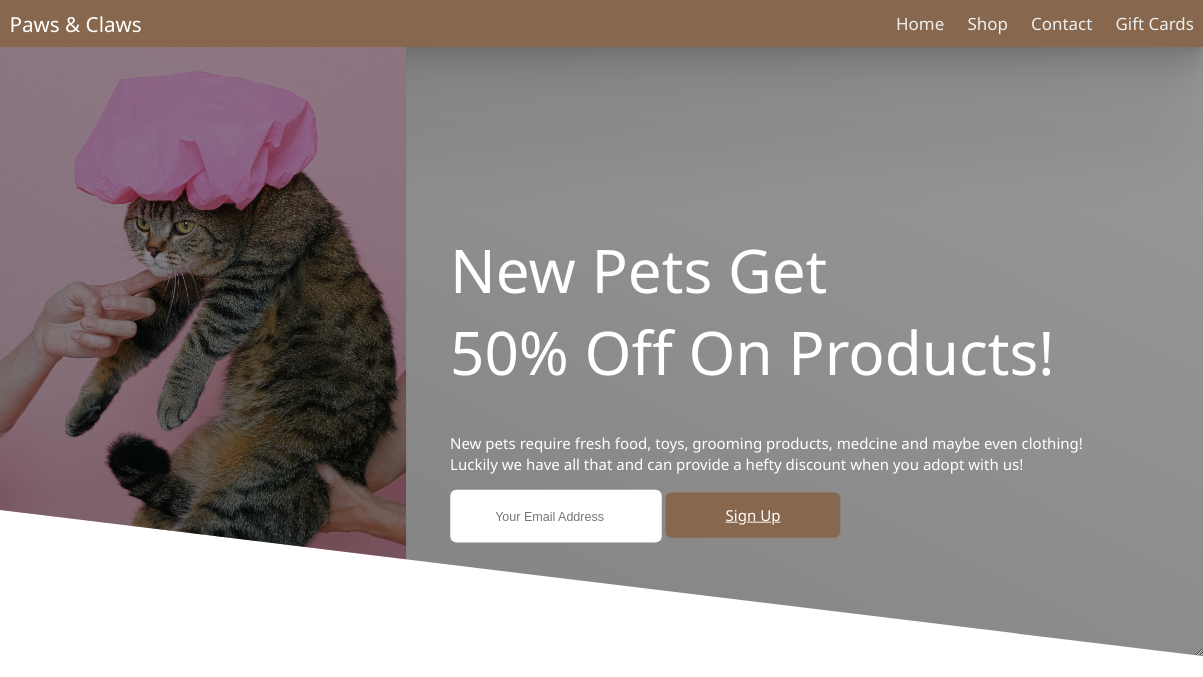
Repository: LtGriff/petProject
Page: dist/about.html
These files come from the project's save history. The page is drawn as it stood at one moment and after a run of saves; the edit follows.
The browser window is 1280 px wide. The pictures show the whole page, at 94% of full size.

Above is the page before, as saved 2022-05-19 07:54:22.

### dist/about.html
<!DOCTYPE html>
<html lang="en">
<head>
    <meta charset="UTF-8">
    <meta http-equiv="X-UA-Compatible" content="IE=edge">
    <meta name="viewport" content="width=device-width, initial-scale=1.0">
    <link rel="stylesheet" type="text/css" href="../CSS/about.css">
    <title>About the Animal House</title>
</head>
<body>
<!-------------NAV***************BAR----------------------->

    <div class="nav">
        <input type="checkbox" id="nav-check">
        <div class="nav-header">
          <div class="nav-title">
            Paws & Claws
          </div>
        </div>
        <div class="nav-btn">
          <label for="nav-check">
            <span></span>
            <span></span>
            <span></span>
          </label>
        </div>

        <div class="nav-links">
          <a href="index.html" target="">Home</a>
          <a href="shop.html" target="_blank">Shop</a>
          <a href="contact.html" target="_blank">Contact</a>
          <a href="giftcard.html" target="_blank">Gift Cards</a>
        </div>
      </div>

    <!-------------NAV*******BAR********END----------------------->


 <!------------------HEADER*******SECTION---------------------->


 <div class="dogfield"></div>

 <header id="header-section">
  <div class="header-text container">
      <h1>New Pets Get <br> 50%  Off On Products!</h1>
      <p>
         New pets require fresh food, toys, grooming products, medcine and maybe even clothing!<br> Luckily we have all that and can provide a hefty discount when you adopt with us!
      </p>
      <input id="userInput" type="email" placeholder="Your Email Address" required>
      <a class="cta" href="#">Sign Up</a>
      <p id="error">Please provide a valid email address</p>
  </div>
</header>










</body>
</html>

### dist/CSS/about.css
/** NAV BAR **/

* {
    box-sizing: border-box;
  }

  body {
    margin: 0px;
    font-family: 'segoe ui';
  }

  .nav {
    height: 50px;
    width: 100%;
    background-color: #87684e;

  /**
    opacity: .5;
    filter: alpha(opacity=50);
    position: relative;**/
    /* z-index: ; */


    box-shadow:
    0 2.8px 2.2px rgba(0, 0, 0, 0.034),
    0 6.7px 5.3px rgba(0, 0, 0, 0.048),
    0 12.5px 10px rgba(0, 0, 0, 0.06),
    0 22.3px 17.9px rgba(11, 4, 4, 0.072),
    0 41.8px 33.4px rgba(0, 0, 0, 0.086),
    0 100px 80px rgba(0, 0, 0, 0.12);
  }

  .nav > .nav-header {
    display: inline;
  }

  .nav > .nav-header > .nav-title {
    display: inline-block;
    font-size: 22px;
    color: #fff;
    padding: 10px 10px 10px 10px;
  }

  .nav > .nav-btn {
    display: none;
  }

  .nav > .nav-links {
    display: inline;
    float: right;
    z-index: 9;
    font-size: 18px;
  }

  .nav > .nav-links > a {
    display: inline-block;
    padding: 13px 10px 13px 10px;
    text-decoration: none;
    color: #efefef;
  }

  .nav > .nav-links > a:hover {
    background-color: rgba(0, 0, 0, 0.3);
  }

  .nav > #nav-check {
    display: none;
  }


 /** HEADER SECTION **/

#header-section{
    height: 90vh;
    background-image: linear-gradient(
        to left bottom,
        rgba(0, 0, 0, 0.4),
        rgba(0, 0, 0, 0.5)),
    url("../img/catpink.jpg");
    background-size: contain;
    background-repeat: no-repeat;
    width:
    height: 1000px;
    resize: both;
    overflow: scroll;
    clip-path: polygon(0% 0%,100% 0%,100% 100%,0% 76%);

  }



  .header-text {
    position: absolute;
    top: 28%;
    right: 10%;
    color: #ffffff;
  }

  .header-text h1 {
    font-size: 4rem;
    font-weight: 500;
  }

  .header-text p {
    margin-bottom: 1rem;
  }

  #header-section input {
    width: 225px;
    height: 3.5rem;
    border-radius: 0.4rem;
    border: none;
    padding: 0.5rem 3rem;
  }

  .cta {
    background-color: #87684e;
    padding: 0.8rem 4rem;
    border-radius: 0.4rem;
    color: #fff;
    font-weight: 400;
  }

  .cta:hover {
    transform: translateY(-3px);
    box-shadow: 0 1rem 2rem rgba(0, 0, 0, .2);
  }

  .cta:active {
    transform: translateY(-1px);
    box-shadow: 0 .5rem 1rem rgba(0, 0, 0, .2);
  }

  .cta::after {
    content: "";
    display: inline-block;
    height: 100%;
    width: 100%;
    border-radius: 10rem;
    position: absolute;
    top: 0;
    left: 0;
    z-index: -1;
    transition: all .4s;
  }

  .cta:hover::after {
    transform: scaleX(1.4) scaleY(1.6);
    opacity: 0;
  }

  #error {
    color: red;
    font-weight: 600;
    display: none;
    margin-top: 1rem;
    transition: all 0.5s ease-in;
  }

@media (max-width:600px) {
    .nav > .nav-btn {
      display: inline-block;
      position: absolute;
      right: 0px;
      top: 0px;
    }
    .nav > .nav-btn > label {
      display: inline-block;
      width: 50px;
      height: 50px;
      padding: 13px;
    }
    .nav > .nav-btn > label:hover,.nav  #nav-check:checked ~ .nav-btn > label {
      background-color: rgba(0, 0, 0, 0.3);
    }
    .nav > .nav-btn > label > span {
      display: block;
      width: 25px;
      height: 10px;
      border-top: 2px solid #eee;
    }
    .nav > .nav-links {
      position: absolute;
      display: block;
      width: 100%;
      background: rgb(234,212,189);
      background: linear-gradient(7deg, rgba(234,212,189,1) 0%, rgba(204,175,140,1) 24%, rgba(191,161,124,1) 64%, rgba(135,104,78,1) 98%);
      height: 0px;
      transition: all 0.3s ease-in;
      overflow-y: hidden;
      top: 50px;
      left: 0px;
    }
    .nav > .nav-links > a {
      display: block;
      width: 100%;
    }
    .nav > #nav-check:not(:checked) ~ .nav-links {
      height: 0px;
    }
    .nav > #nav-check:checked ~ .nav-links {
      height: calc(28vh - 50px);
      overflow-y: auto;
    }

  }

After the next 2 saves:
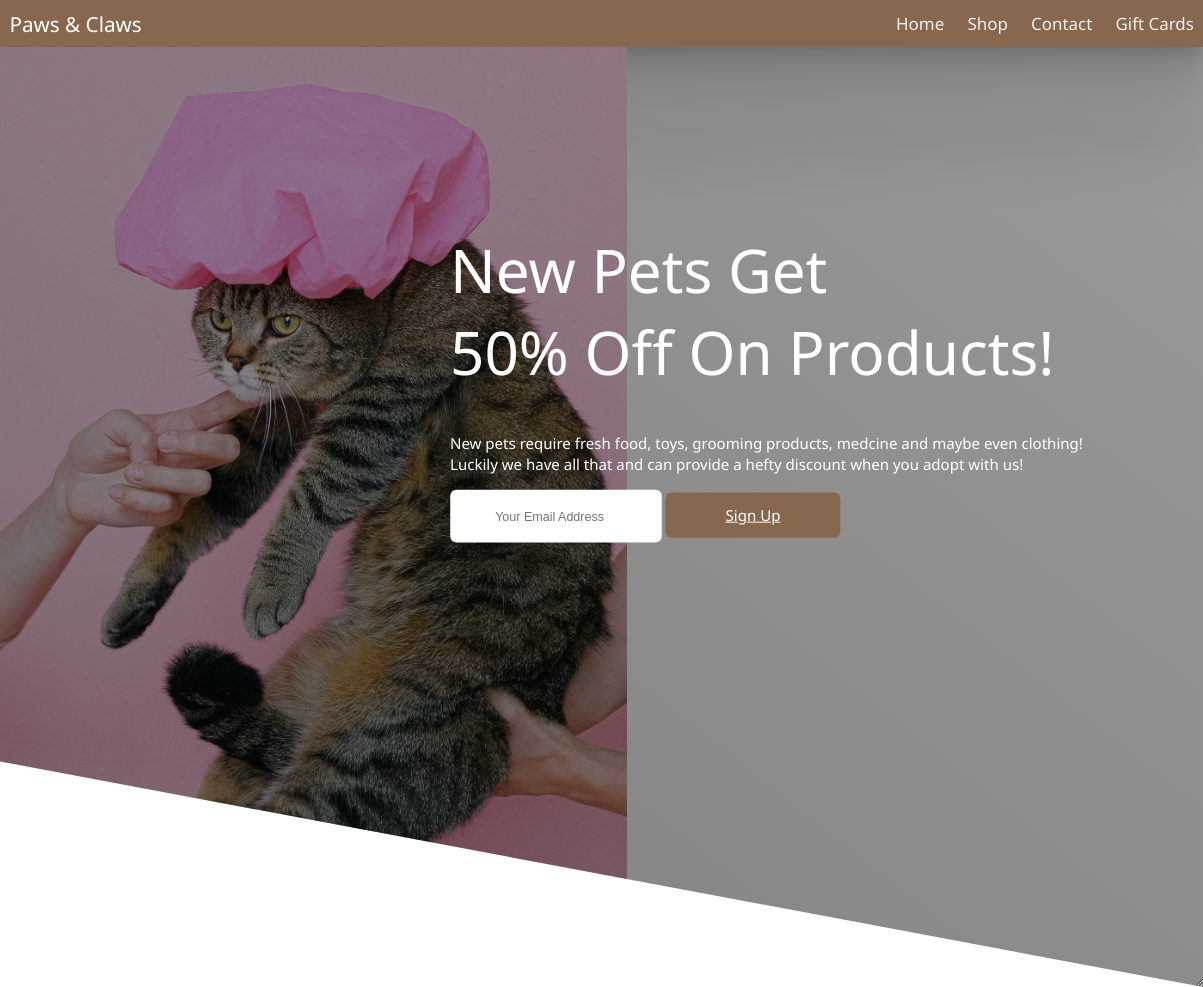
The 2 saves are shown as one change because they came seconds apart.
The last was saved 8 s later.
--- a/dist/CSS/about.css
+++ b/dist/CSS/about.css
@@ -79,7 +79,7 @@
     url("../img/catpink.jpg");
     background-size: contain;
     background-repeat: no-repeat;
-    width:
+    width:auto;
     height: 1000px;
     resize: both;
     overflow: scroll;
